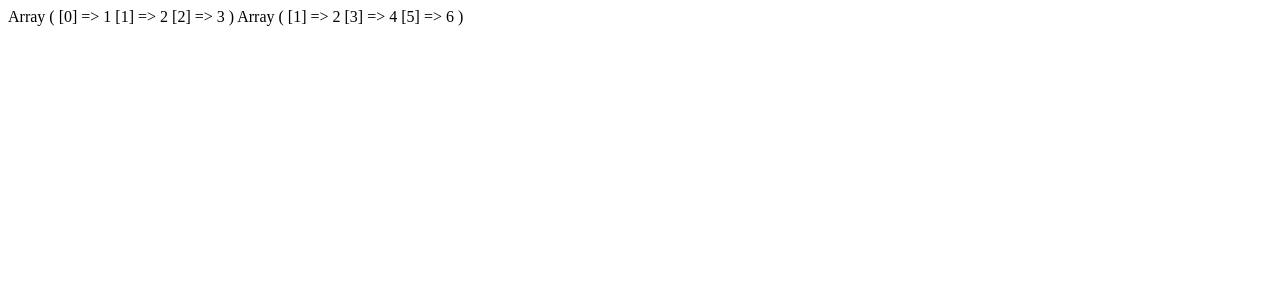
Repository: HoangLinh2001/PHP
Page: http://localhost/demoFunction.php
An editor plug-in stored every save of this project. The page is shown before and after the next save, followed by the edit.
The browser window is 1280 px wide. The pictures show the whole page.
The page is run by PHP 8.4 with error messages shown; the project is at /var/www/html/.

Above is the page before, as saved 2023-06-20 18:38:49.

### DEMOPHPBUOI2/demoFunction.php
<?php
$myArray = [1, 2, 3, 4, 5];
array_push($myArray, 6, 7);
array_pop($myArray);
array_shift($myArray);
array_unshift($myArray, 9);
$array2 = [4, 8, 3];
$mereArray = array_merge($myArray, $array2);
$myArray2 = [1, 2, 3, 4, 5];
$sliceArray = array_slice($myArray2, 0, 3);
print_r($sliceArray);
// array filter
$filterNumber = array_filter($myArray, function ($num) {
    return $num % 2 == 0;
});
print_r($filterNumber);
?>

After the next save:
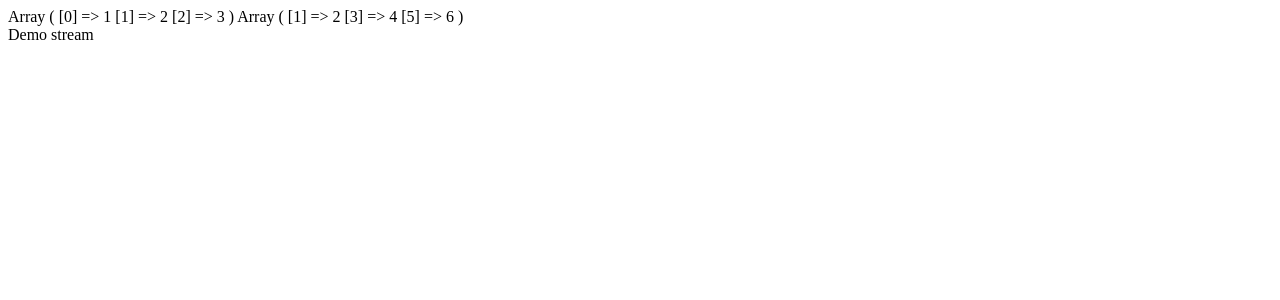
Saved 32 s later.
--- a/DEMOPHPBUOI2/demoFunction.php
+++ b/DEMOPHPBUOI2/demoFunction.php
@@ -14,4 +14,6 @@ $filterNumber = array_filter($myArray, function ($num) {
     return $num % 2 == 0;
 });
 print_r($filterNumber);
+echo "<br/> Demo stream";
+
 ?>
